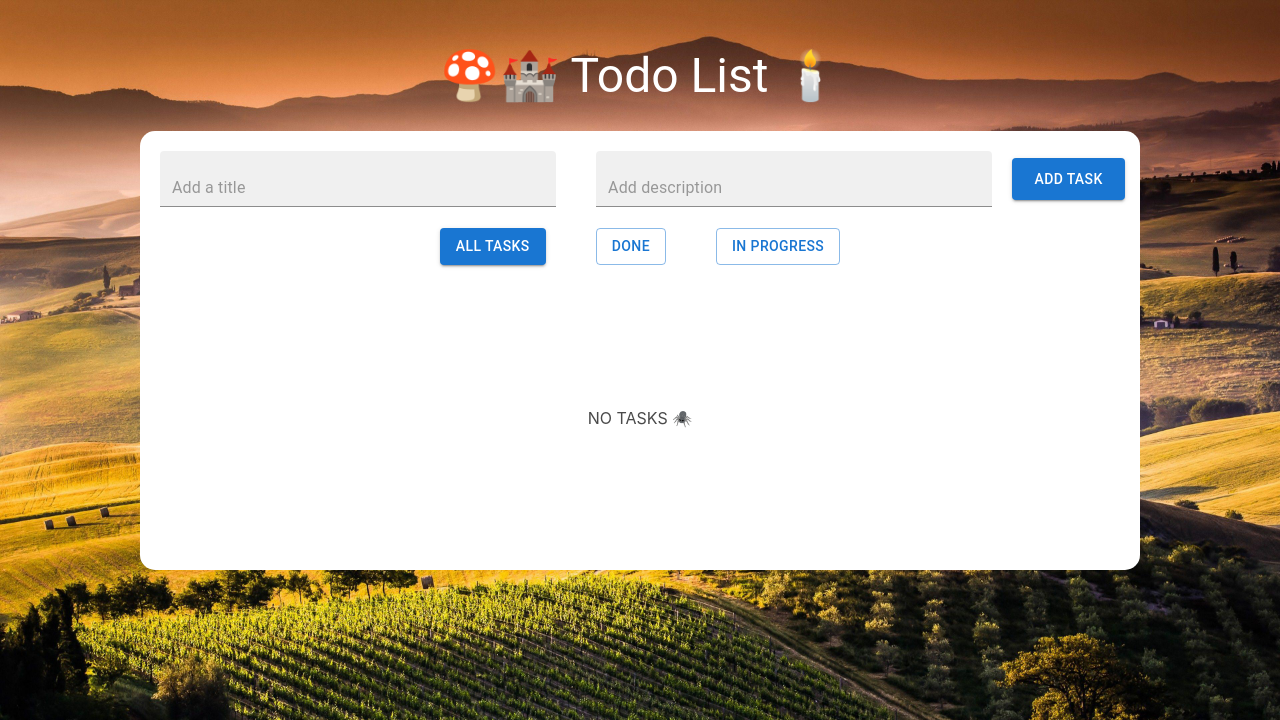
Repository: Tracy-maker/mini-bookshop
Page: /
An editor plug-in stored every save of this project. The page is shown before and after a run of saves, followed by the edit.
The browser window is 1280 px wide. The pictures show the whole page.
The project was rebuilt for these pictures with package versions that can differ from the ones it lists, and the page was loaded fresh each time. Also part of the build but not shown: src/components/TaskEdit.js, src/components/TaskShow.js.

Above is the page before, as saved 2023-09-21 13:14:31.

### src/index.js
import "./index.css";
import React from "react";
import ReactDOM from "react-dom/client";
import App from "./App";


const el = document.getElementById("root");
const root = ReactDOM.createRoot(el);

root.render(
  <React.StrictMode>
    <App />
  </React.StrictMode>
);

### src/App.js
import { useState, useEffect } from "react";
import CreateTask from "./components/CreateTask";
import TaskList from "./components/TaskList";
import { Box, Stack } from "@mui/material";
import styled from "styled-components";
import Typography from "@mui/material/Typography";
import Image1 from "./image/7.jpg";
import TaskButton from "./components/TaskButton";

const StyledContainer = styled(Stack)`
  height: 100vh;
  width: 100%;
  display: flex;
  align-items: stretch;
  padding-top: 3%;
  background-image: url(${Image1});
  background-size: cover;
  background-repeat: no-repeat;
`;

const TaskForm = styled(Box)`
  margin-left: auto;
  margin-right: auto;
  width: 1000px;
  background-color: white;
  border-radius: 15px;
  @media (max-width: 768px) {
    width: 100%;
  }
`;
const Title = styled(Typography)`
  color: white;
  margin: auto;
  width: 100%;
  padding: 10px;
  text-align: center;
`;

function App() {
  const [filter, setFilter] = useState("all");
  const [tasks, setTasks] = useState(() => {
    const localValue = localStorage.getItem("tasks");
    if (localValue == null) return [];
    return JSON.parse(localValue);
  });

  useEffect(() => {
    localStorage.setItem("tasks", JSON.stringify(tasks));
  }, [tasks]);

  const createTask = (title, description) => {
    const newTask = {
      id: crypto.randomUUID(),
      title: title,
      description: description,
      status: "inProgress",
    };

    const existingTasks = JSON.parse(localStorage.getItem("tasks")) || [];
    existingTasks.push(newTask);
    localStorage.setItem("tasks", JSON.stringify(existingTasks));
    setTasks(existingTasks);
  };

  const deleteTasksById = (id) => {
    const existingTasks = JSON.parse(localStorage.getItem("tasks")) || [];
    const updatedTasks = existingTasks.filter((task) => {
      return task.id !== id;
    });
    localStorage.setItem("tasks", JSON.stringify(updatedTasks));
    setTasks(updatedTasks);
  };

  const editTaskById = (id, newTitle, newDescription) => {
    const existingTasks = JSON.parse(localStorage.getItem("tasks")) || [];
    const taskToEdit = existingTasks.findIndex((task) => task.id === id);

    if (taskToEdit) {
      const updatedTask = {
        ...taskToEdit,
        title: newTitle,
        description: newDescription,
      };

      const updatedTasks = existingTasks.map((task) =>
        task.id === id ? updatedTask : task
      );
      localStorage.setItem("tasks", JSON.stringify(updatedTasks));
      setTasks(updatedTasks);
    }
  };

  const handleFilterTasks = (filter) => {
    setFilter(filter);
  };

  let filteredTasks = tasks;
  if (filter !== "all") {
    filteredTasks = tasks.filter((task) => task.status === filter);
  }

  const toggleCheckedBoxById = (id) => {
    const updatedTasks = tasks.map((task) => {
      if (task.id === id) {
        let nextStatus;
        if (task.status === "done") {
          nextStatus = "inProgress";
        } else {
          nextStatus = "done";
        }
        return {
          ...task,
          status: nextStatus,
        };
      }
      return task;
    });
    setTasks(updatedTasks);
  };

  return (
    <StyledContainer>
      <Title variant="h3" gutterBottom>
      🍄🏰 Todo List 🕯️
      </Title>
      <TaskForm>
        <CreateTask onCreate={createTask} />
        <TaskButton defaultValue={filter} onFilterChange={handleFilterTasks} />
        <TaskList
          toggleCheckedBoxById={toggleCheckedBoxById}
          tasks={filteredTasks}
          onDelete={deleteTasksById}
          onEdit={editTaskById}
        />
      </TaskForm>
    </StyledContainer>
  );
}
export default App;

### src/components/CreateTask.js
import * as React from "react";
import Stack from "@mui/material/Stack";
import TextField from "@mui/material/TextField";
import Button from "@mui/material/Button";
import { useState } from "react";
import { styled } from "@mui/material";

const Input = styled(TextField)`
  padding:2%;
  width: 80%;
`;

const AddButton = styled(Button)`
  margin: auto;
  width: 20%;
  padding: 9px;
  text-align: center;
  margin-right: 15px;
`;

function CreateTask(props) {
  const [title, setTitle] = useState("");
  const [description, setDescription] = useState("");

  const handleChange = (event) => {
    const { name, value } = event.target;
    if (name === "title") {
      setTitle(value);
    } else if (name === "description") {
      setDescription(value);
    }
  };

  const handleSubmit = (event) => {
    event.preventDefault();
    if (title.trim() !== "" || description.trim() !== "") {
      props.onCreate( title, description );
      setTitle("");
      setDescription("");
    }
  };

  return (
    <Stack onSubmit={handleSubmit} component="form" direction="row">
      <Input
        name="title"
        value={title}
        onChange={handleChange}
        placeholder="Add a title"
        variant="filled"
      />
      <Input
        name="description"
        value={description}
        onChange={handleChange}
        placeholder="Add description"
        variant="filled"
      />
      <AddButton type="submit" variant="contained">
        Add Task
      </AddButton>
    </Stack>
  );
}

export default CreateTask;

### src/components/TaskList.js
import React from "react";
import TaskShow from "./TaskShow";
import { Box } from "@mui/material";
import styled from "styled-components";

const Reminder = styled(Box)`
  text-align: center;
  padding: ${(props) => (props.noTasks ? "14%" : "0")};
`;

function TaskList(props) {
  const renderedTasksList = props.tasks.map((task) => {
    return (
      <TaskShow
        key={task.id}
        task={task}
        onDelete={props.onDelete}
        onEdit={props.onEdit}
        toggleCheckedBoxById={props.toggleCheckedBoxById}
      />
    );
  });

  return (
    <>
      <Reminder noTasks={props.tasks.length === 0}>
        {props.tasks.length === 0 && "NO TASKS 🕷️"}
      </Reminder>
      {renderedTasksList}
    </>
  );
}

export default TaskList;

### src/components/TaskButton.js
import * as React from "react";
import { Box, Button } from "@mui/material";
import styled from "styled-components";

const ButtonNavigationBar = styled(Box)`
  display: flex;
  justify-content: center;
  gap: 50px;
  padding: 1px;
`;

function TaskButton(props) {
  return (
    <ButtonNavigationBar>
      <Button
        variant={props.defaultValue === "all" ? "contained" : "outlined"}
        onClick={() => props.onFilterChange("all")}
      >
        All Tasks
      </Button>
      <Button
        variant={props.defaultValue === "done" ? "contained" : "outlined"}
        onClick={() => props.onFilterChange("done")}
      >
        Done
      </Button>
      <Button
        variant={props.defaultValue === "inProgress" ? "contained" : "outlined"}
        onClick={() => props.onFilterChange("inProgress")}
      >
        In Progress
      </Button>
    </ButtonNavigationBar>
  );
}
export default TaskButton;

Loaded but not shown: public/index.html (common file); src/index.css (library)

After the next 2 saves:
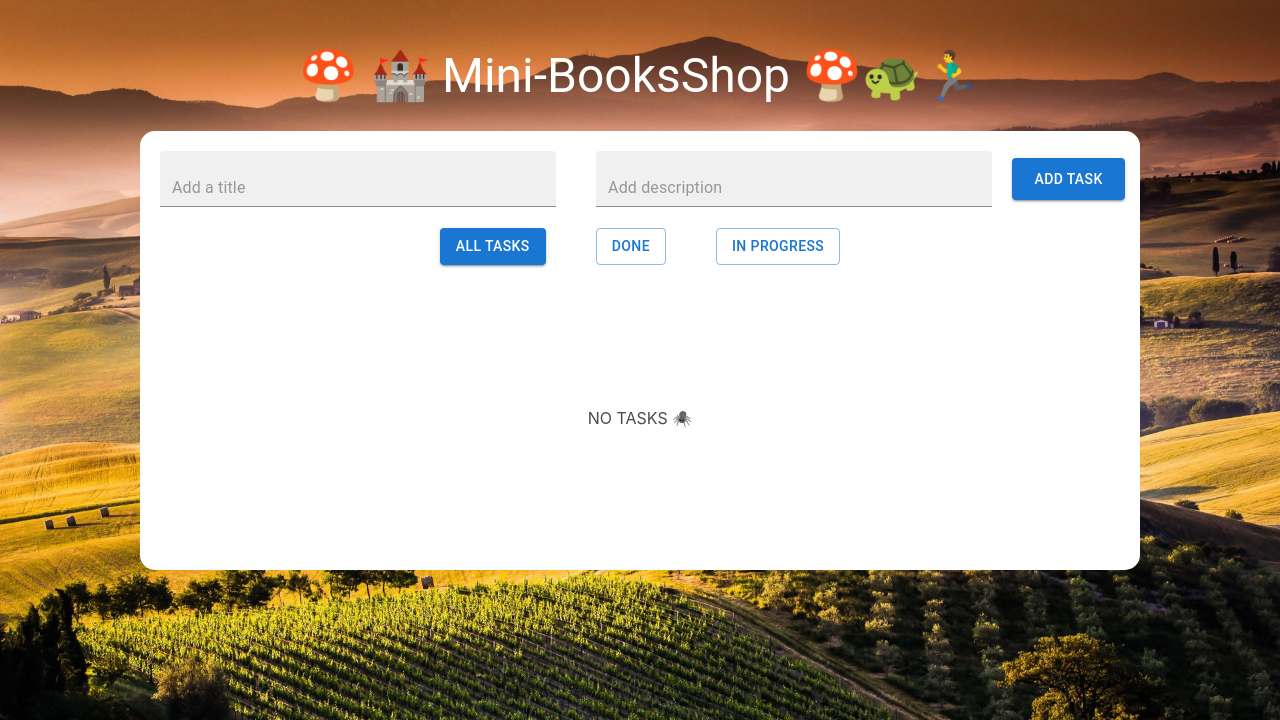
The 2 saves are shown as one change because they came seconds apart.
The last was saved 74 s later.
--- a/src/App.js
+++ b/src/App.js
@@ -121,7 +121,7 @@ function App() {
   return (
     <StyledContainer>
       <Title variant="h3" gutterBottom>
-      🍄🏰 Todo List 🕯️
+      🍄 🏰 Mini-BooksShop 🍄🐢🏃‍♂️
       </Title>
       <TaskForm>
         <CreateTask onCreate={createTask} />
